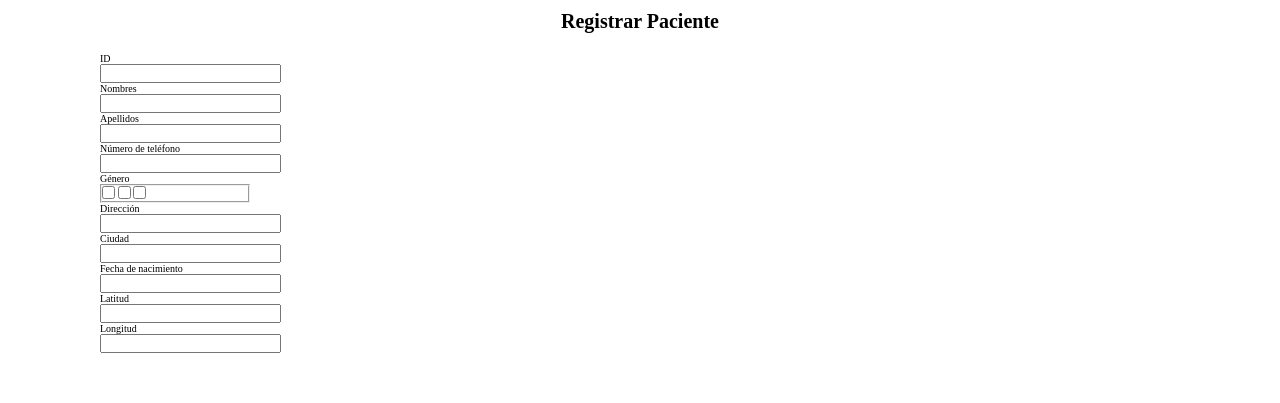
Repository: alexvl06/HospiEnCasa
Page: HospiEnCasa.App/HospiEnCasa.App.Frontend/pacientForm.html
The author's editor kept a copy of each file at every save. The page is drawn from the files as they stood at one save, then again after the next save.
The browser window is 1280 px wide. The pictures show the whole page.

Above is the page before, as saved 2022-07-05 16:43:43.

### HospiEnCasa.App/HospiEnCasa.App.Frontend/pacientForm.html
<!DOCTYPE html>
<html lang="es">
  <head>
    <meta charset="UTF-8" />
    <meta http-equiv="X-UA-Compatible" content="IE=edge" />
    <meta
      name="viewport"
      content="width=device-width
    , initial-scale=1.0"
    />
    <title>Formulario pacientes</title>
    <link rel="stylesheet" href="style.css">
  </head>
  <body>
    <header>
      <h1>Registrar Paciente</h1>
    </header>
    <main>
      <form action="">
        <label for="id">
          <span>ID</span>
          <input type="text" name="id" id="id" required />
        </label>
        <label for="firstname">
          <span>Nombres</span>
          <input
            type="text"
            name="firstname"
            id="firstname"
            requiredphonenumber
          />
        </label>
        <label for="lastname">
          <span>Apellidos</span>
          <input type="text" name="lastname" id="lastname" required />
        </label>
        <label for="phonenumber">
          <span>Número de teléfono</span>
          <input type="text" name="phonenumber" id="phonenumber" required />
        </label>
        <label for="genre">
          <span>Género</span>
          <fieldset>
            <input type="checkbox" name="male" id="male" />
            <input type="checkbox" name="female" id="female" />
            <input type="checkbox" name="other" id="other" />
          </fieldset>
        </label>
        <label for="address">
          <span>Dirección</span>
          <input type="text" name="address" id="address" required />
        </label>
        <label for="city">
          <span>Ciudad</span>
          <input type="text" name="city" id="city" required />
        </label>
        <label for="birthdate">
          <span>Fecha de nacimiento</span>
          <input type="text" name="birthdate" id="birthdate" required />
        </label>
        <label for="lat">
          <span>Latitud</span>
          <input type="text" name="lat" id="lat" />
        </label>
        <label for="long">
          <span>Longitud</span>
          <input type="text" name="long" id="long" />
        </label>
      </form>
    </main>

  </body>
</html>

### HospiEnCasa.App/HospiEnCasa.App.Frontend/style.css
*{
  box-sizing: border-box;
  margin:0;
  padding: 0;
}

html{
  font-size: 62.5%;
}

h1{
  display:flex;
  justify-content: center;
  margin: 1rem;
}

form{
  display: flex;
  flex-direction: column;
  width: 15rem;
  margin: 2rem 10rem;

}

After the next save:
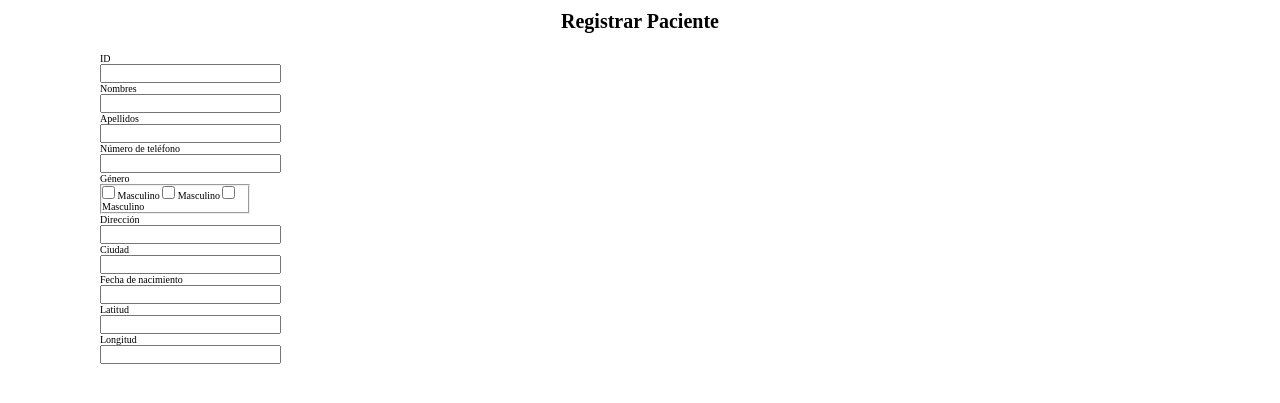
Saved 3 min 23 s later.
--- a/HospiEnCasa.App/HospiEnCasa.App.Frontend/pacientForm.html
+++ b/HospiEnCasa.App/HospiEnCasa.App.Frontend/pacientForm.html
@@ -9,7 +9,7 @@
     , initial-scale=1.0"
     />
     <title>Formulario pacientes</title>
-    <link rel="stylesheet" href="style.css">
+    <link rel="stylesheet" href="style.css" />
   </head>
   <body>
     <header>
@@ -41,9 +41,18 @@
         <label for="genre">
           <span>Género</span>
           <fieldset>
-            <input type="checkbox" name="male" id="male" />
-            <input type="checkbox" name="female" id="female" />
-            <input type="checkbox" name="other" id="other" />
+            <label for="male">
+              <input type="checkbox" name="male" id="male" />
+              <span>Masculino</span>
+            </label>
+            <label for="male">
+              <input type="checkbox" name="female" id="female" />
+              <span>Masculino</span>
+            </label>
+            <label for="male">
+              <input type="checkbox" name="other" id="other" />
+              <span>Masculino</span>
+            </label>
           </fieldset>
         </label>
         <label for="address">
@@ -68,6 +77,5 @@
         </label>
       </form>
     </main>
-
   </body>
 </html>
